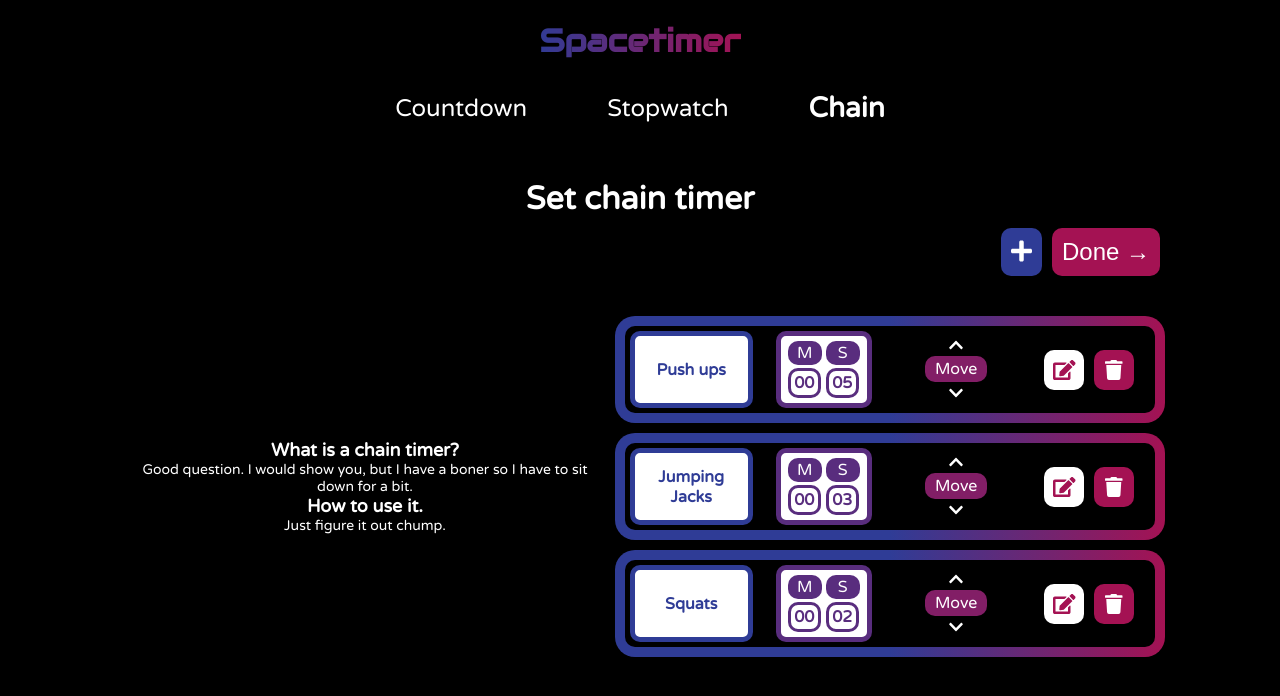
Repository: JohnKrige/space-timer2
Page: /timer-chain
The author's editor kept a copy of each file at every save. The page is drawn from the files as they stood at one save, then again after the next save.
The browser window is 1280 px wide. The pictures show the whole page.
The project was rebuilt for these pictures with package versions that can differ from the ones it lists, and the page was loaded fresh each time. Also part of the build but not shown: src/components/Timer/styles.js, src/components/Timer/TimerDisplay.js, src/components/Stopwatch/Stopwatch.js, src/components/ChainTimer/ChainTimerItem.js, src/components/SetTimerModal/transition-styles.css, src/components/Timer/Repeater.js, src/components/CountdownTimer/countdownTimerStyles.js, src/components/CountdownTimer/CountdownTimer.js. Imported but missing from the stored project, and not drawn on this page: src/components/CountdownTimer/beep.flac, src/components/CountdownTimer/timersound1.wav.

Above is the page before, as saved 2021-11-21 11:47:44.

### public/index.html
<!DOCTYPE html>
<html lang="en">
  <head>
    <meta charset="utf-8" />
    <link rel="icon" href="%PUBLIC_URL%/favicon.ico" />
    <meta name="viewport" content="width=device-width, initial-scale=1" />
    <meta name="theme-color" content="#000000" />
    <meta
      name="description"
      content="Web site created using create-react-app"
    />

    <title>Space Timer 69</title>
  </head>
  <body>
    <div id="root"></div>
  </body>
</html>

### src/App.js
import {
  BrowserRouter as Router,
  Route,
  Redirect,
  Switch
} from 'react-router-dom';

import Stopwatch from './components/Stopwatch/Stopwatch';
import ChainTimer from './components/ChainTimer/ChainTimer';
import Navbar from './components/Nav/Navbar';
import CountdownTimer from './components/CountdownTimer/CountdownTimer';

import './App.css';

function App() {
  return (
    <div className="App">
      <Router>
        <header className="App-header">
          <h1 className="logo">Spacetimer</h1>
          <Navbar />
        </header>
          <Switch>
            <Route path="/countdown-timer">
              <CountdownTimer />
            </Route>
            <Route path="/stopwatch">
              <Stopwatch />
            </Route>
            <Route path="/timer-chain">
              <ChainTimer />
            </Route>
            <Redirect to="/countdown-timer" />
          </Switch>
      </Router>
    </div>
  );
};

export default App;

### src/components/Nav/Navbar.js

import { NavLink } from 'react-router-dom';
import { useLocation } from 'react-router';

import { NavItem, NavList } from './styles';

const routes = [
    {
        name: "Countdown",
        ext: "/countdown-timer",
    },
    {
        name: "Stopwatch",
        ext: "/stopwatch",
    },
    {
        name: "Chain",
        ext: "/timer-chain",
    },
 ];

const Navbar = () => {
    const location = useLocation();

    const path = location.pathname;

    const navItems = routes.map((item) => {
        const selected = item.ext === path;

        return (
            <NavItem selected={selected} key={item.name}>
                <NavLink to={`${item.ext}`}>
                    <div style={{display: 'inline-block'}}>{item.name}</div>
                </NavLink>
            </NavItem>
        );
    });

    return (
        <NavList style={{display: 'flex', justifyContent: 'center'}}>
            {navItems}
        </NavList>
    );
};

export default Navbar;

### src/App.css
@import url('https://fonts.googleapis.com/css2?family=Audiowide&display=swap');
@import url('https://fonts.googleapis.com/css2?family=Varela+Round&display=swap');

* {
  padding: 0;
  margin: 0;
  text-decoration: none;
  list-style: none;
}

html {
  background-color: black;
  font-size: 20px;
}

body {
  min-height: 100vh;
  font-family: 'Varela Round', sans-serif;
}

.App {
  text-align: center;
  background-color: black;
  padding: 0;
  margin: 0 auto;
  min-height: 100vh;
  display: flex;
  flex-direction: column;
}

.App-header {
  padding-top: 20px;
}

.logo {
  display: inline;
  padding: 0 5px;
  font-family: 'Audiowide', cursive;
  font-size: 32px;
  background: #2f3c96;
  background: -webkit-linear-gradient(to right, #2f3c96 0%, #a41253 100%);
  background: -moz-linear-gradient(to right, #2f3c96 0%, #a41253 100%);
  background: linear-gradient(to right, #2f3c96 0%, #a41253 100%);
  -webkit-background-clip: text;
  -webkit-text-fill-color: transparent;

  @media (min-width) {
    font-size: 64px;
  }
}

.PageTitle {
  text-align: center;
  font-size: 32px;

  @media (min-width) {
    color: #821e66;
  }

}

### src/pages/Timer/TimerPage.js
import styled from 'styled-components';

 const TimerPageStyle = styled.div`
    display: flex;
    flex-direction: column;
    align-items: ${props => props.align || "center"};
    justify-content: ${props => props.justify || "center"};
    flex-grow: 1;
    margin-top: 20px;

    @media (min-width: 1024px) {
        margin-top: 40px;
    }
`;

const TimerPage = ({align, justify, children}) => {
    return (
        <TimerPageStyle justify={justify} align={align}>
            {children}
        </TimerPageStyle>
    )
}

export default TimerPage;

### src/helpers/getHMS.js
export const getHMS = (totalTime) => {
    const h = Math.floor(totalTime / 3600000);
    const m = Math.floor((totalTime - 3600000 * h) / 60000);
    const s = Math.floor((totalTime - (3600000 * h) - 60000 * m) / 1000);

    return [h, m, s];
}

### src/components/Button/Button.js
import { ButtonContainer } from './styles';

const Button = (props) => {
    return (
        <ButtonContainer onClick={props.onClick} color={props.color} rounded={props.rounded}>
            {props.children}
        </ButtonContainer>
    )
};

export default Button;

### src/components/ChainTimer/chainTimerStyles.js
import styled from 'styled-components';

export const ChainItemContainer = styled.div`
    // border: ${props => props.isActive ? '10px solid white' : ' '};
    margin: 10px 0;
    border-radius: 20px;
    padding: 10px;
    background: rgb(47,60,150);
    background: linear-gradient(90deg, rgba(47, 60, 150, 1) 50%, rgba(164, 18, 83, 1) 100%);
    box-sizing: border-box;
    font-size: 16px;
    width: 350px;

    @media (min-width: 1024px) {
        width: 550px;
    }

    svg {
        cursor: pointer;
    }
`;

export const ChainItemBackground = styled.div`
    height: 100%;
    background-color: rgba(0, 0, 0, 1);
    display: grid;
    column-gap: 10px;
    grid-template-columns: repeat(4, 1fr);
    justify-items: center;
    align-items: center;
    border-radius: 10px;
    padding: 5px;
`;


export const TimeDisplayContainer = styled.div`
    display: flex;
    background-color: white;
    border: 5px solid #592d7e;
    padding: 5px;
    border-radius: 10px;
`;

export const TimeDisplay = styled.div`
    background-color: white;
    border-radius: 10px;
    border: 3px solid #592d7e;
    margin: 3px 3px 0 2px;
    color: #592d7e !important;
    padding: 2px;
    font-weight: bold;
    text-align: center;
`;

export const ButtonsBar = styled.div`
    margin: 10px 0;
    display: flex;
    justify-content: ${props => props.justify || 'center'};
    align-items: 'center';

    @media (min-width: 1024px) {
        margin-bottom: 30px;
    }
`;

export const TimeDisplayLabel = styled.div`
    background-color: #592d7e;
    border-radius: 10px;
    padding: 2px;
    width: 30px;
    margin: 0 2px 0 2px;
    display: inline-block;
`;

export const MoveLabel = styled.div`
    background-color: #821e66;
    padding: 3px 10px;
    border-radius: 10px;
    margin-bottom: 2px;
`;

export const NameLabel = styled.div`
    background-color: white;
    color: rgba(47,60,150,1);
    width: 100%;
    min-width: 80px;
    height: 100%;
    box-sizing: border-box;
    padding: 5px;
    border: 5px solid rgba(47,60,150,1);
    font-weight: bold;
    border-radius: 10px;
    display: flex;
    justify-content: center;
    align-items: center;

    @media (min-width: 1024px) {
        min-width: auto;
    }
`;

export const ChainItemButtons = styled.div`
    display: flex;
    flex-direction: column;

    @media (min-width: 1024px) {
        flex-direction: row;
    }
`;

export const ChainItemButton = styled.button`
    border: none;
    background-color: ${props => props.colorInvert ? 'white' : '#a41253'};
    width: 30px;
    height: 30px;
    font-size: 16px;
    color: ${props => props.colorInvert ? '#a41253' : 'white'};
    border-radius: 10px;
    cursor: pointer;display: flex;
    justify-content: center;
    align-items: center;
    margin: 3px 5px;

    @media (min-width: 1024px) {
        width: 40px;
        height: 40px;
        font-size: 20px;
    }
`;

export const ItemName = styled.div`
    display: flex;
    align-items: center;
    justify-content: center;
`;

export const TimeDisplayMain = styled.div`
    display: flex;
`;

export const TimeDisplaySection = styled.div`
    display: flex;
    flex-direction: column;
    margin: 30px 10px;
    border: 3px solid white;
    padding-bottom: 20px;
    border-radius: 10px;
    overflow: hidden;
`;

export const ItemNameTitle = styled.div`
    font-size: 72px;
`;

export const ItemNameNumber = styled.div`
    margin-right: 10px;
`;

export const ChainTimerMain = styled.div`
    display: flex;
    align-items: center;
    justify-content: center;
    flex-direction: column;
`;

export const MinutesAndSeconds = styled.div`
    font-size: 72px;
    margin-top: 20px;
`;

export const MinsAndSecsHeading = styled.div`
    padding: 10px 50px 10px 50px;
    background-color: ;
    background: rgb(47,60,150);
    background: linear-gradient(90deg, rgba(47, 60, 150, 1) 50%, rgba(164, 18, 83, 1) 100%);
`;

export const NextItem = styled.div`
    font-size: 30px;
`;

export const UpNext = styled.div`
    color: rgba(164, 18, 83, 1);
    border-radius: 10px;
    font-weight: bold;
`;

export const EditTimerContainer = styled.div`
    display: flex;
    flex-direction: column;
    align-items: center;

    @media (min-width: 1024px) {
        display: block;
    }
`;

export const EditItems = styled.div
`
    display: flex;
    flex-direction: column;
    align-items: center;

    @media (min-width: 1024px) {
        flex-direction: row;
    }
`;

export const WhatIsContainer = styled.div`
    max-width: 300px;
    padding: 5px;
    box-sizing: border-box;

    & h3{
        font-size: 18px;
    }

    & p {
        font-size: 14px;
    }

    @media (min-width: 1024px) {
        max-width: 500px;
        padding: 20px;
    }
`;

export const ChainTimerPage = styled.div`
    margin-bottom: 50px;
`;

### src/components/ChainTimer/EditTimerChain.js
import { useState } from 'react';

import ChainEditItem from "./ChainEditItem";
import TimerPage from '../../pages/Timer/TimerPage';
import { FontAwesomeIcon } from '@fortawesome/react-fontawesome';
import { faEdit, faPlay, faPause, faUndo, faVolumeUp, faVolumeMute, faPlus, faStepForward, faStepBackward } from '@fortawesome/free-solid-svg-icons';
import { ButtonsBar, EditTimerContainer, WhatIsContainer, EditItems } from "./chainTimerStyles";
import Button from '../Button/Button';
import SetTimerModal from "../SetTimerModal/SetTimerModal";


const EditTimerChain = (props) => {
    const [ newItem, setNewItem ] = useState(false);

    const AddNewItem = (totalTime, name) => {
        setNewItem(false);
        props.addTimer(totalTime, name);
    };

    const newItemProps = {
        totalTime: 500000,
        show: newItem,
        type: "chain item",
        lessThanHour: true,
        name: "Activity name",
        onSubmit: AddNewItem,
        onClose: () => setNewItem(false),
    };

    const timersDisplay = props.timers.map((item) => {
        const isActive = item.itemIndex === props.currentTimer;
        // const timeRemaining = isActive ? item.time - props.timeElapsed : item.isDone ? 0 : item.time;

        return (
            <ChainEditItem
                key={item.itemIndex}
                name={item.name}
                time={item.time}
                index={item.itemIndex}
                isActive={isActive}
                moveUp={props.moveItemUp}
                moveDown={props.moveItemDown}
                timeRemaining={item.time}
                remove={props.removeItem}
                editItem={props.editItem}
            />
        )
    });

    return (
        <>
            <SetTimerModal {...newItemProps} />
            <EditTimerContainer>
                <ButtonsBar justify="end" margin="20px 0">
                    <Button onClick={() => setNewItem(true)} color="blue"><FontAwesomeIcon icon={faPlus} /></Button>
                    <Button onClick={() => props.closeEdit(false)} color="red">Done →</Button>
                </ButtonsBar>
                <EditItems>
                    <WhatIsContainer>
                        <h3>What is a chain timer?</h3>
                        <p>Good question. I would show you, but I have a boner so I have to sit down for a bit.</p>
                        <h3>How to use it.</h3>
                        <p>Just figure it out chump.</p>
                    </WhatIsContainer>
                    <div>
                        {timersDisplay}
                    </div>
                </EditItems>
            </EditTimerContainer>
        </>
    )
};

export default EditTimerChain;

### src/helpers/timeDisplay.js
export const neatTimeDisplay = (time) => `${time}`.length < 2 ? `0${time}` : `${time}`;

### src/components/Nav/styles.js
import styled from 'styled-components';

export const NavItem = styled.li`
    cursor: pointer;
    font-size: 14px;
    flex: 1;
    display: flex;
    align-items: center;
    justify-content: center;
    background-color: ${props => props.selected ? "#821e66" : "rgba(47,60,150,1)"};
    padding: 10px 0;
    border-radius: 15px 15px 0 0;


    @media (min-width: 1024px) {
        margin: 20px 40px 5px 40px;
        flex: 0;
        background-color: transparent;
    }

    & div {
        font-size: ${props => props.selected && "16px"};
        text-align: center;
        color: white;

        @media (min-width: 1024px) {
            font-size: ${props => props.selected ? "28" : "24"}px;
            color: white;
        }
    }

    & div:hover {
        @media (min-width: 1024px) {
            color: #821e66;
        }
    }

    & a{
        font-weight: ${props => props.selected && "bold"};
        text-decoration-thickness: 4px;
    }
`;

export const NavList = styled.ul`
    display: flex;
    justify-content: space-between;
    width: 100%;
    position: fixed;
    bottom: 0;
    // padding: 10px 0;
    border-radius: 20px 20px 0 0;
    border-bottom: none;
    box-sizing: border-box;
    // background: rgb(251,230,245);
    // background: linear-gradient(0deg, rgba(251,230,245,1) 59%, rgba(255,255,255,1) 100%);

    @media (min-width: 1024px) {
        position: static;
        background: transparent;
        justify-content: center;
    }
}`

### src/components/Button/styles.js
import styled from 'styled-components';

export const ButtonContainer = styled.button`
    background: ${props => props.color === "blue" ? "rgb(47,60,150)" : props.color === "purple" ? "#592d7e" : props.color === "pink" ? "#821e66" : "#a41253"};
    border: none;
    color: white;
    padding: 10px;
    font-size: 24px;
    border-radius: ${props => props.rounded ? "50%" : "10px"};
    margin: 0 5px;
    cursor: pointer;
`;

### src/components/ChainTimer/ChainEditItem.js
import { useState } from 'react';
import { FontAwesomeIcon } from '@fortawesome/react-fontawesome';
import { faChevronUp, faChevronDown, faTrash, faEdit, faPeopleArrows} from '@fortawesome/free-solid-svg-icons';
import SetTimerModal from '../SetTimerModal/SetTimerModal';

import { ChainItemContainer, TimeDisplay, TimeDisplayContainer, ChainItemBackground, TimeDisplayLabel, MoveLabel, ChainItemButton, NameLabel, ChainItemButtons } from "./chainTimerStyles";

import { getHMS } from '../../helpers/getHMS';
import { neatTimeDisplay } from '../../helpers/timeDisplay';

const ChainEditItem = (props) => {
    const [showEditItem, setShowEditItem] = useState(false);
    const [h, m, s] = getHMS(props.timeRemaining);

    const editItem = (timeMs, name) => {
        setShowEditItem(false);
        props.editItem(props.index, timeMs, name);
    };

    return (
        <ChainItemContainer isActive={props.isActive}>
            <SetTimerModal onSubmit={editItem} totalTime={props.time} show={showEditItem} onClose={() => setShowEditItem(false)} type="" lessThanHour name={props.name} />
            <ChainItemBackground>
                <NameLabel>
                    <div>{props.name}</div>
                </NameLabel>
                <TimeDisplayContainer>
                    <div >
                        <div>
                            <TimeDisplayLabel>M</TimeDisplayLabel>
                        </div>
                        <TimeDisplay>{neatTimeDisplay(m)}</TimeDisplay>
                    </div>
                    <div >
                        <TimeDisplayLabel>S</TimeDisplayLabel>
                        <TimeDisplay>{neatTimeDisplay(s)}</TimeDisplay>
                    </div>
                </TimeDisplayContainer>
                <div>
                    <FontAwesomeIcon icon={faChevronUp} onClick={() => props.moveUp(props.index)} />
                    <MoveLabel>Move</MoveLabel>
                    <FontAwesomeIcon icon={faChevronDown} onClick={() => props.moveDown(props.index)} />
                </div>
                <ChainItemButtons>
                    <ChainItemButton onClick={() => setShowEditItem(true)} colorInvert><FontAwesomeIcon icon={faEdit} /></ChainItemButton>
                    <ChainItemButton onClick={() => props.remove(props.index)}><FontAwesomeIcon icon={faTrash} /></ChainItemButton>
                </ChainItemButtons>
            </ChainItemBackground>
        </ChainItemContainer>
    )
};

export default ChainEditItem;

### src/components/SetTimerModal/modalStyles.js
import styled from "styled-components";

const topOffset = 120;

export const ModalContainer = styled.div`
    width: 100vw;
    height: calc(100% - ${topOffset});
    overflow: hidden;
    background-color: black;
    position: absolute;
    top: ${topOffset}px;
    left: 0;
    display: flex;
    justify-content: center;
`;

export const ModalBackground = styled.div`
    position: relative;
    margin: 70px;
    background: rgb(47,60,150);
    background: linear-gradient(125deg, rgba(47,60,150,1) 0%, rgba(164,18,83,1) 100%);
    border-radius: 15px;
    border: 4px solid white;
    display: flex;
    flex-direction: column;
    align-items: center;
    justify-content: center;
    padding: 20px;

    @media(min-width: 1024px){
        width: 500px;
        margin-top: 100px;
    }
`;

export const ModalContent = styled.div`
    display: flex;
    flex-direction: column;
    padding: 20px 0;
    border-radius: 15px;
    background: rgba(255, 255, 255);
    border: 4px solid black;
    width: 100%;
    min-height: 100%;
    box-sizing: border-box;

    & h2 {
        font-size: 44px;
        color: #592d7e;
        //   font-family: 'Audiowide', cursive;
    }
`;

export const TimeInput = styled.div`
    max-width: 80px;
    padding: 10px;
    background-color: ${props => props.color === "red" ? "#a41253" : props.color === "purple" ? "#592d7e" : "#2f3c96"};
    border-radius: 10px;
    margin: 0px 5px;

    @media (min-width: 1024px) {
        padding: 20px;
    }

    & label {
        text-align: start;
    }

    & input {
        margin-bottom: 3px;
        border: none;
        max-width: 50px;
        border-radius: 2px;
        padding: 2px 3px;
    }
`;

export const TimeInputs = styled.form`
    display: flex;
    margin: 20px 0;
    justify-content: center;
    font-size: 14px;

    @media(min-width: 1024px) {
        font-size:
    }
`;

export const CloseModal = styled.div`
    font-size: 25px;
    display: flex;
    justify-content: center;
    align-items: center;
    width: 40px;
    height: 40px;
    background-color: white;
    border-radius: 50%;
    position: absolute;
    color: black;
    cursor: pointer;
    top: -40px;
    right : -35px;

    @media(min-width: 1024px) {
        top: -50px;
        right : -45px;
    }
`;

export const NameInput = styled.div`
    display: flex;
    align-items: center;
    flex-direction: column;
    margin: 5px;
    padding: 10px;
    background: #2f3c96;
    border-radius: 10px;

    @media(min-width: 1024px) {
        padding: 20px 40px;
        margin-top: 30px;
    }

    & label {
        margin-top: 3px;
        font-size: 20px;
    }

    & input {
        padding: 5px;
        border: none;
        border-radius: 5px;
    }
`;

export const ModalTitle = styled.div`
    font-size: 24px;
    color: #592d7e;

    @media(min-width: 1024px) {
        font-size: 32px;
        font-weight: bold;
    }
`;

Loaded but not shown: src/index.js (common file); src/index.css (common file); src/components/ChainTimer/ChainTimer.js (292 lines, source omitted); src/components/SetTimerModal/SetTimerModal.js (140 lines, source omitted)

After the next save:
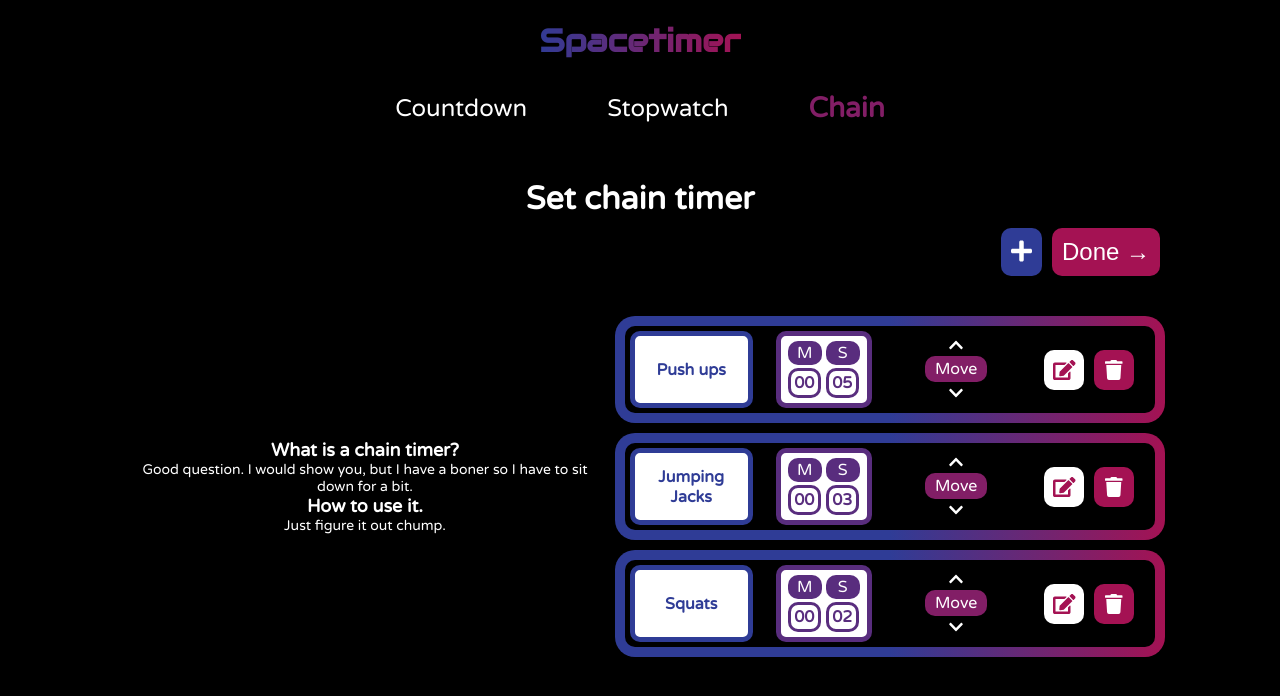
Saved 83 s later.
--- a/src/components/Nav/styles.js
+++ b/src/components/Nav/styles.js
@@ -25,7 +25,7 @@ export const NavItem = styled.li`
 
         @media (min-width: 1024px) {
             font-size: ${props => props.selected ? "28" : "24"}px;
-            color: white;
+            color: ${props => props.selected ? "#821e66" : "white"};
         }
     }
 
